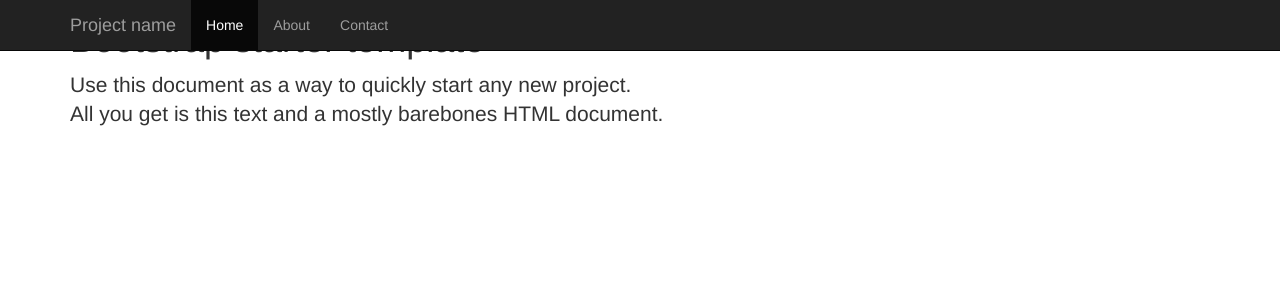
Repository: xyj4421/BG_demo
Page: BG_demo2/WebRoot/index2.html
These files come from the project's save history. The page is drawn as it stood at one moment and after the next save; the edit follows.
The browser window is 1280 px wide. The pictures show the whole page.

Above is the page before, as saved 2015-10-23 02:28:25.

### BG_demo2/WebRoot/index2.html
<!DOCTYPE html>
<html lang="en">
  <head>
    <meta charset="utf-8">
    <meta http-equiv="X-UA-Compatible" content="IE=edge">
    <meta name="viewport" content="width=device-width, initial-scale=1">
    <!-- The above 3 meta tags *must* come first in the head; any other head content must come *after* these tags -->
    <meta name="description" content="">
    <meta name="author" content="">

    <title>Starter Template for Bootstrap</title>
<link rel="stylesheet" href="bootstrap/css/bootstrap.min.css" type="text/css"></link>

  </head>

  <body>

    <nav class="navbar navbar-inverse navbar-fixed-top">
      <div class="container">
        <div class="navbar-header">
          <button type="button" class="navbar-toggle collapsed" data-toggle="collapse" data-target="#navbar" aria-expanded="false" aria-controls="navbar">
            <span class="sr-only">Toggle navigation</span>
            <span class="icon-bar"></span>
            <span class="icon-bar"></span>
            <span class="icon-bar"></span>
          </button>
          <a class="navbar-brand" href="#">Project name</a>
        </div>
        <div id="navbar" class="collapse navbar-collapse">
          <ul class="nav navbar-nav">
            <li class="active"><a href="#">Home</a></li>
            <li><a href="#about">About</a></li>
            <li><a href="#contact">Contact</a></li>
          </ul>
        </div><!--/.nav-collapse -->
      </div>
    </nav>

    <div class="container">

      <div >
        <h1>Bootstrap starter template</h1>
        <p class="lead">Use this document as a way to quickly start any new project.<br> All you get is this text and a mostly barebones HTML document.</p>
      </div>

    </div><!-- /.container -->


    <!-- Bootstrap core JavaScript
    ================================================== -->
    <!-- Placed at the end of the document so the pages load faster -->
   <script type="text/javascript" src="jquery/jquery-1.11.3.min.js"></script>
   <script type="text/javascript" src="bootstrap/js/bootstrap.min.js"></script>
     </body>
</html>

Loaded but not shown: BG_demo2/WebRoot/bootstrap/css/bootstrap.min.css (library); BG_demo2/WebRoot/jquery/jquery-1.11.3.min.js (library); BG_demo2/WebRoot/bootstrap/js/bootstrap.min.js (library)

After the next save:
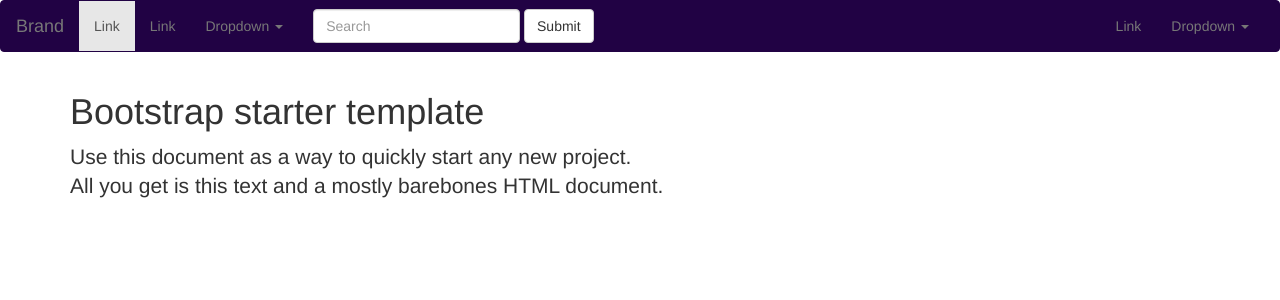
Saved 21 min 15 s later.
--- a/BG_demo2/WebRoot/index2.html
+++ b/BG_demo2/WebRoot/index2.html
@@ -14,27 +14,59 @@
   </head>
 
   <body>
+<nav class="navbar navbar-default">
+  <div class="container-fluid">
+    <!-- Brand and toggle get grouped for better mobile display -->
+    <div class="navbar-header">
+      <button type="button" class="navbar-toggle collapsed" data-toggle="collapse" data-target="#bs-example-navbar-collapse-1" aria-expanded="false">
+        <span class="sr-only">Toggle navigation</span>
+        <span class="icon-bar"></span>
+        <span class="icon-bar"></span>
+        <span class="icon-bar"></span>
+      </button>
+      <a class="navbar-brand" href="#">Brand</a>
+    </div>
 
-    <nav class="navbar navbar-inverse navbar-fixed-top">
-      <div class="container">
-        <div class="navbar-header">
-          <button type="button" class="navbar-toggle collapsed" data-toggle="collapse" data-target="#navbar" aria-expanded="false" aria-controls="navbar">
-            <span class="sr-only">Toggle navigation</span>
-            <span class="icon-bar"></span>
-            <span class="icon-bar"></span>
-            <span class="icon-bar"></span>
-          </button>
-          <a class="navbar-brand" href="#">Project name</a>
+    <!-- Collect the nav links, forms, and other content for toggling -->
+    <div class="collapse navbar-collapse" id="bs-example-navbar-collapse-1">
+      <ul class="nav navbar-nav">
+        <li class="active"><a href="#">Link <span class="sr-only">(current)</span></a></li>
+        <li><a href="#">Link</a></li>
+        <li class="dropdown">
+          <a href="#" class="dropdown-toggle" data-toggle="dropdown" role="button" aria-haspopup="true" aria-expanded="false">Dropdown <span class="caret"></span></a>
+          <ul class="dropdown-menu">
+            <li><a href="#">Action</a></li>
+            <li><a href="#">Another action</a></li>
+            <li><a href="#">Something else here</a></li>
+            <li role="separator" class="divider"></li>
+            <li><a href="#">Separated link</a></li>
+            <li role="separator" class="divider"></li>
+            <li><a href="#">One more separated link</a></li>
+          </ul>
+        </li>
+      </ul>
+      <form class="navbar-form navbar-left" role="search">
+        <div class="form-group">
+          <input type="text" class="form-control" placeholder="Search">
         </div>
-        <div id="navbar" class="collapse navbar-collapse">
-          <ul class="nav navbar-nav">
-            <li class="active"><a href="#">Home</a></li>
-            <li><a href="#about">About</a></li>
-            <li><a href="#contact">Contact</a></li>
+        <button type="submit" class="btn btn-default">Submit</button>
+      </form>
+      <ul class="nav navbar-nav navbar-right">
+        <li><a href="#">Link</a></li>
+        <li class="dropdown">
+          <a href="#" class="dropdown-toggle" data-toggle="dropdown" role="button" aria-haspopup="true" aria-expanded="false">Dropdown <span class="caret"></span></a>
+          <ul class="dropdown-menu">
+            <li><a href="#">Action</a></li>
+            <li><a href="#">Another action</a></li>
+            <li><a href="#">Something else here</a></li>
+            <li role="separator" class="divider"></li>
+            <li><a href="#">Separated link</a></li>
           </ul>
-        </div><!--/.nav-collapse -->
-      </div>
-    </nav>
+        </li>
+      </ul>
+    </div><!-- /.navbar-collapse -->
+  </div><!-- /.container-fluid -->
+</nav>
 
     <div class="container">
 
